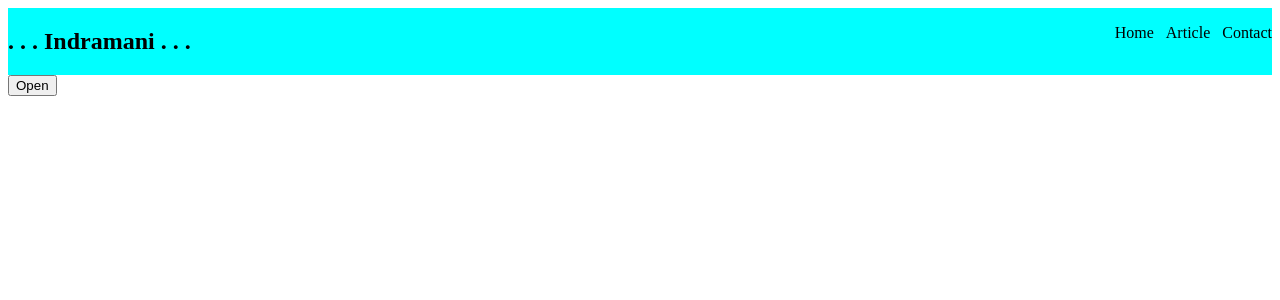
Repository: indramani7271/Indramani-First
Page: /
These files come from the project's save history. The page is drawn as it stood at one moment and after the next save; the edit follows.
The browser window is 1280 px wide. The pictures show the whole page.
The project was rebuilt for these pictures with package versions that can differ from the ones it lists, and the page was loaded fresh each time. Also part of the build but not shown: vite.config.js, src/Component/Main.jsx, src/Component/Footer.jsx, src/Component/Content.jsx, src/Component/Counter.jsx, src/index.css.

Above is the page before, as saved 2024-12-02 18:43:24.

After the next save:
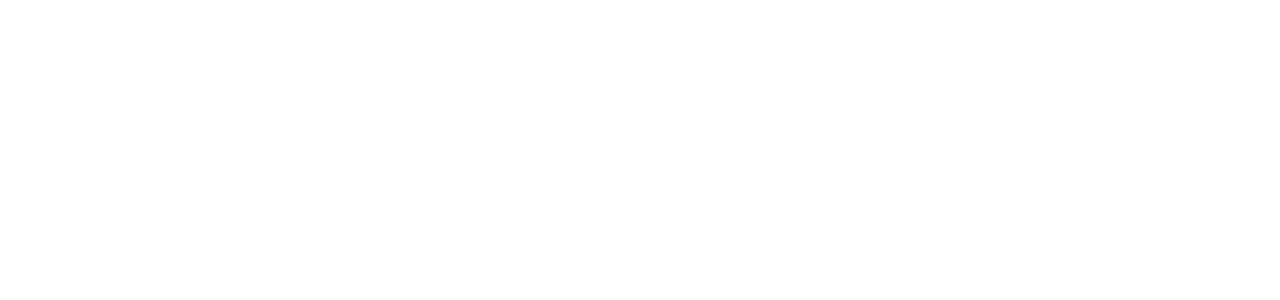
Console error: ReferenceError: closeup is not defined
Saved 2 min 20 s later.
--- a/src/App.jsx
+++ b/src/App.jsx
@@ -20,7 +20,9 @@
 
 <Navbar />
 <button onClick ={popup} > Open</button>
+<button onClick ={closeup} > Close</button>
 { open ? <Counter/> : <div></div>
+
 
 }
 

After the save that followed:
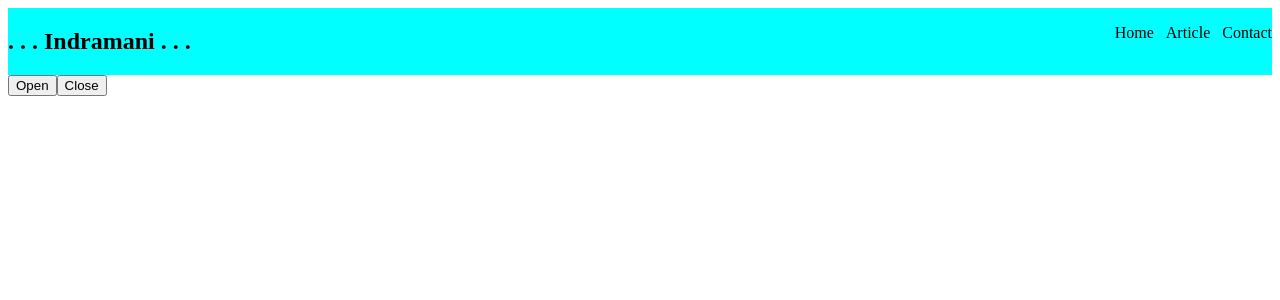
The error is gone.
Saved 2 min 38 s later.
--- a/src/App.jsx
+++ b/src/App.jsx
@@ -10,6 +10,9 @@
 function popup() {
   setOpen(true)
 
+}
+function closeup() {
+  setOpen(false)
 }
 
 
